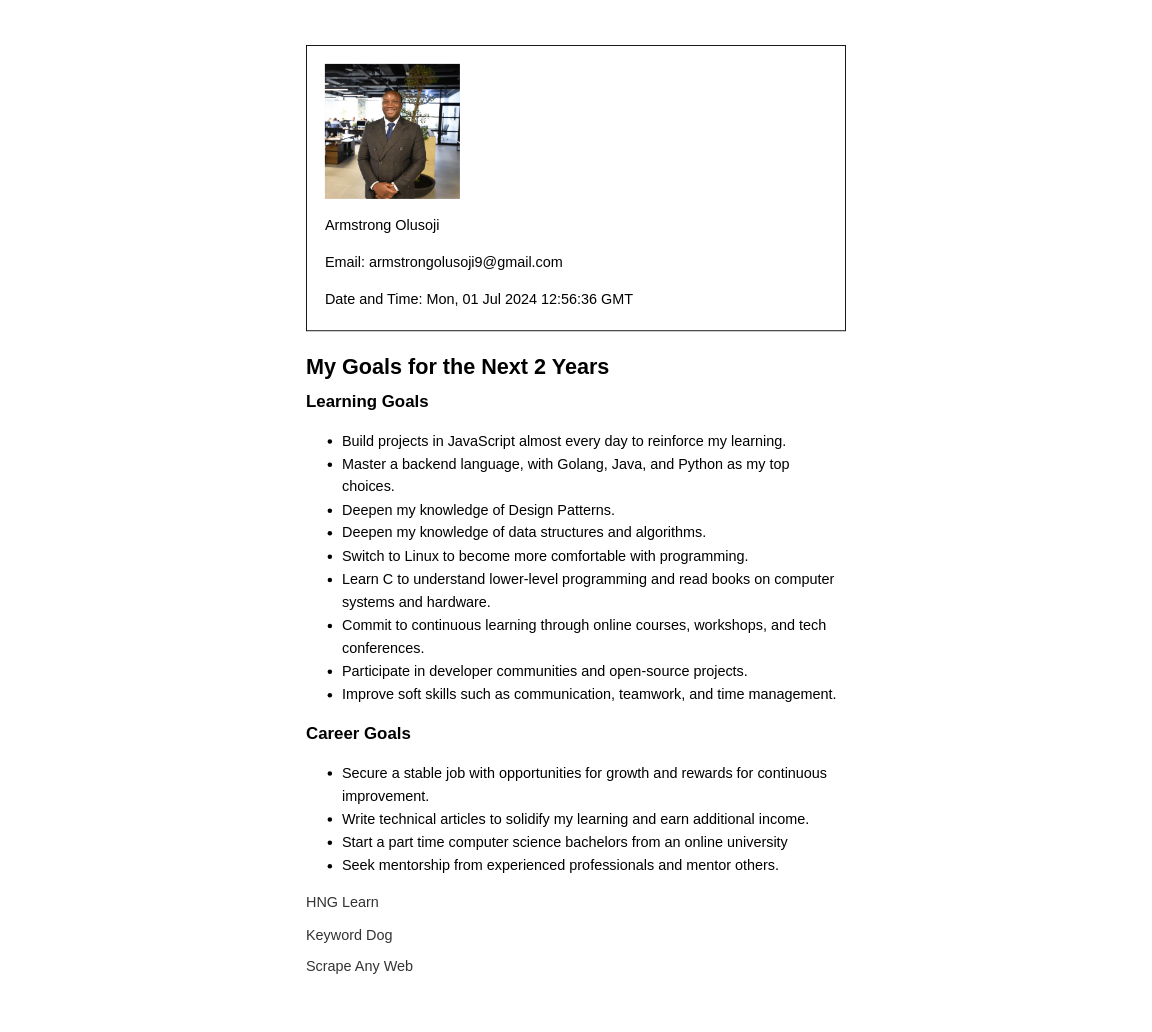
Repository: Armstrong2035/hng-project-one
Page: index.html
These files come from the project's save history. The page is drawn as it stood at one moment and after the next save; the edit follows.
The browser window is 1280 px wide. The pictures show the whole page, at 90% of full size.

Above is the page before, as saved 2024-07-01 16:40:10.

After the next save:
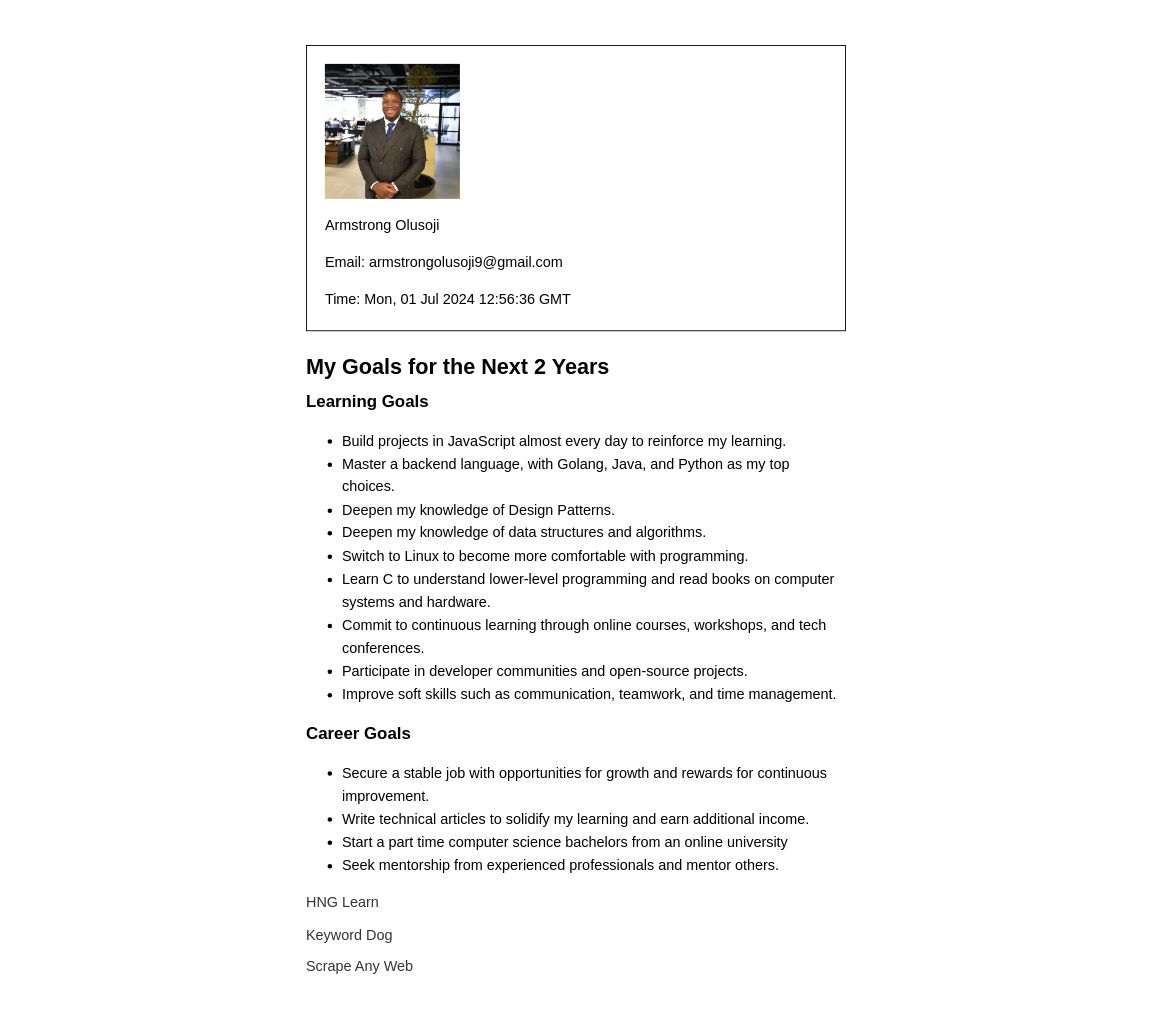
Saved 3 min 21 s later.
--- a/script.js
+++ b/script.js
@@ -2,9 +2,7 @@ function updateTime() {
   const now = new Date();
   const utcTime = now.toUTCString();
   const day = now.toLocaleDateString("en-US", { weekday: "long" });
-  document.getElementById(
-    "current-time"
-  ).textContent = ` Date and Time: ${utcTime}`;
+  document.getElementById("current-time").textContent = ` Time: ${utcTime}`;
 }
 
 setInterval(updateTime, 1000);
